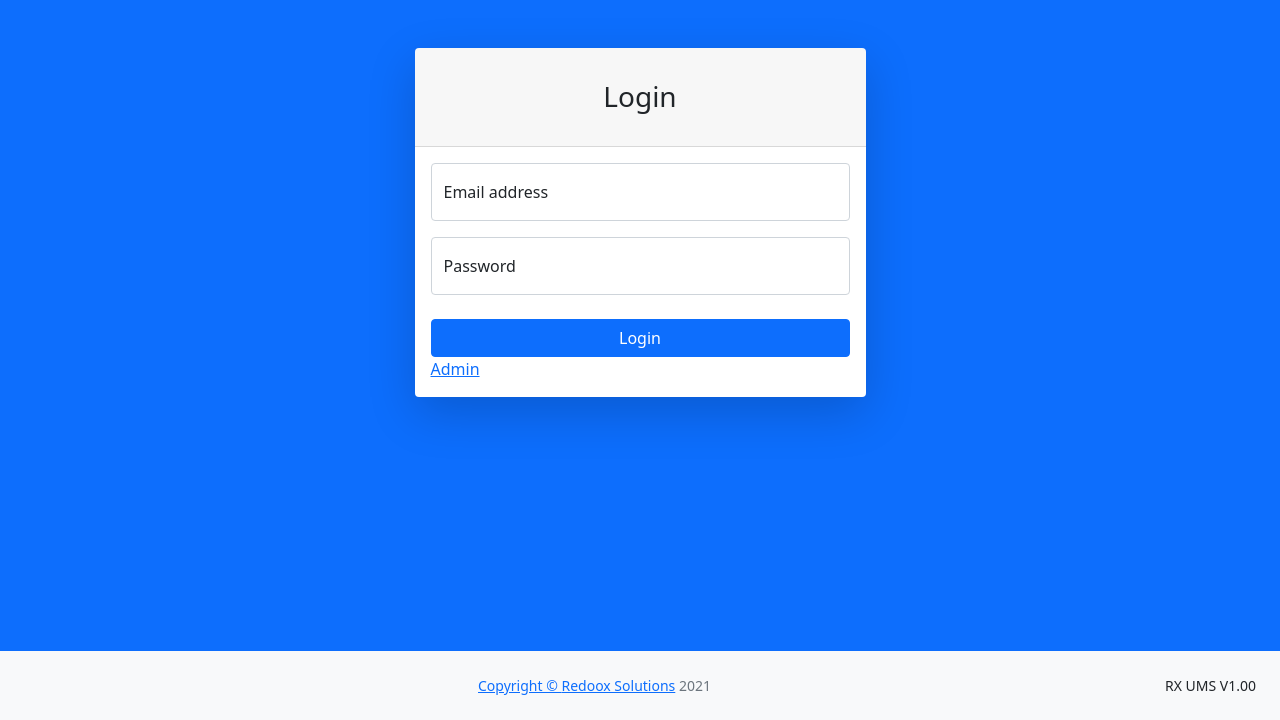
Repository: beroge/proactiveIT
Page: http://localhost/admin/login.php
An editor plug-in stored every save of this project. The page is shown before and after a run of saves, followed by the edit.
The browser window is 1280 px wide. The pictures show the whole page.
The page is run by PHP 8.4 with error messages shown; the project is at /var/www/html/.

Above is the page before, as saved 2023-05-07 14:53:41.

### admin/login.php
<?php
    session_start();
    ob_start();
 ?>
<!DOCTYPE html>
<html lang="en">
    <head>
        <meta charset="utf-8" />
        <meta http-equiv="X-UA-Compatible" content="IE=edge" />
        <meta name="viewport" content="width=device-width, initial-scale=1, shrink-to-fit=no" />
        <meta name="description" content="" />
        <meta name="author" content="" />
        <title>Login</title>
        <link href="css/styles.css" rel="stylesheet" />
        <script src="https://cdnjs.cloudflare.com/ajax/libs/font-awesome/5.15.3/js/all.min.js" crossorigin="anonymous"></script>
    </head>
    <body class="bg-primary">
        <div id="layoutAuthentication">
            <div id="layoutAuthentication_content">
                <main>
                    <div class="container">
                        <div class="row justify-content-center">
                            <div class="col-lg-5">
                                <div class="card shadow-lg border-0 rounded-lg mt-5">
                                    <div class="card-header">
                                        <h3 class="text-center font-weight-light my-4">Login</h3>
                                    </div>
                                        <?php
                                        if (isset($_SESSION['msg'])) {
                                            echo $_SESSION['msg'];
                                            unset($_SESSION['msg']);
                                        }
                                        ?>
                                    <div class="card-body">
                                        <form action="action/loginProcess.php" method="post">
                                            <div class="form-floating mb-3">
                                                <input class="form-control" name="username" type="text" placeholder="admin" autocomplete="off" />
                                                <label>Email address</label>
                                            </div>
                                            <div class="form-floating mb-3">
                                                <input class="form-control" name="password" type="password" placeholder="Password" autocomplete="off"/>
                                                <label >Password</label>
                                            </div>
                                            <div class="d-flex align-items-center justify-content-between mt-4 mb-0">
                                                <input type="submit" name="login" class="btn w-100 btn-primary" value="Login">
                                            </div>
                                            <a href="data/">Admin
                                        </form>
                                    </div>
                                </div>
                            </div>
                        </div>
                    </div>
                </main>
            </div>
            <div id="layoutAuthentication_footer">
                <footer class="py-4 bg-light mt-auto">
                    <div class="container-fluid px-4">
                        <div class="d-flex align-items-center justify-content-between small">
                            <div class="text-muted">Copyright &copy; <a href="https://www.redoox.com" target="_blank">Redoox Solutions</a> 2021</div>
                            <div>
                                RX UMS V1.00
                            </div>
                        </div>
                    </div>
                </footer>
            </div>
        </div>
        <script src="https://cdn.jsdelivr.net/npm/bootstrap@5.1.3/dist/js/bootstrap.bundle.min.js" crossorigin="anonymous"></script>
        <script src="js/scripts.js"></script>
    </body>
</html>

### admin/js/scripts.js

window.addEventListener('DOMContentLoaded', event => {

    // Toggle the side navigation
    const sidebarToggle = document.body.querySelector('#sidebarToggle');
    if (sidebarToggle) {
        // Uncomment Below to persist sidebar toggle between refreshes
        // if (localStorage.getItem('sb|sidebar-toggle') === 'true') {
        //     document.body.classList.toggle('sb-sidenav-toggled');
        // }
        sidebarToggle.addEventListener('click', event => {
            event.preventDefault();
            document.body.classList.toggle('sb-sidenav-toggled');
            localStorage.setItem('sb|sidebar-toggle', document.body.classList.contains('sb-sidenav-toggled'));
        });
    }

});

Loaded but not shown: admin/css/styles.css (library)

After the next 2 saves:
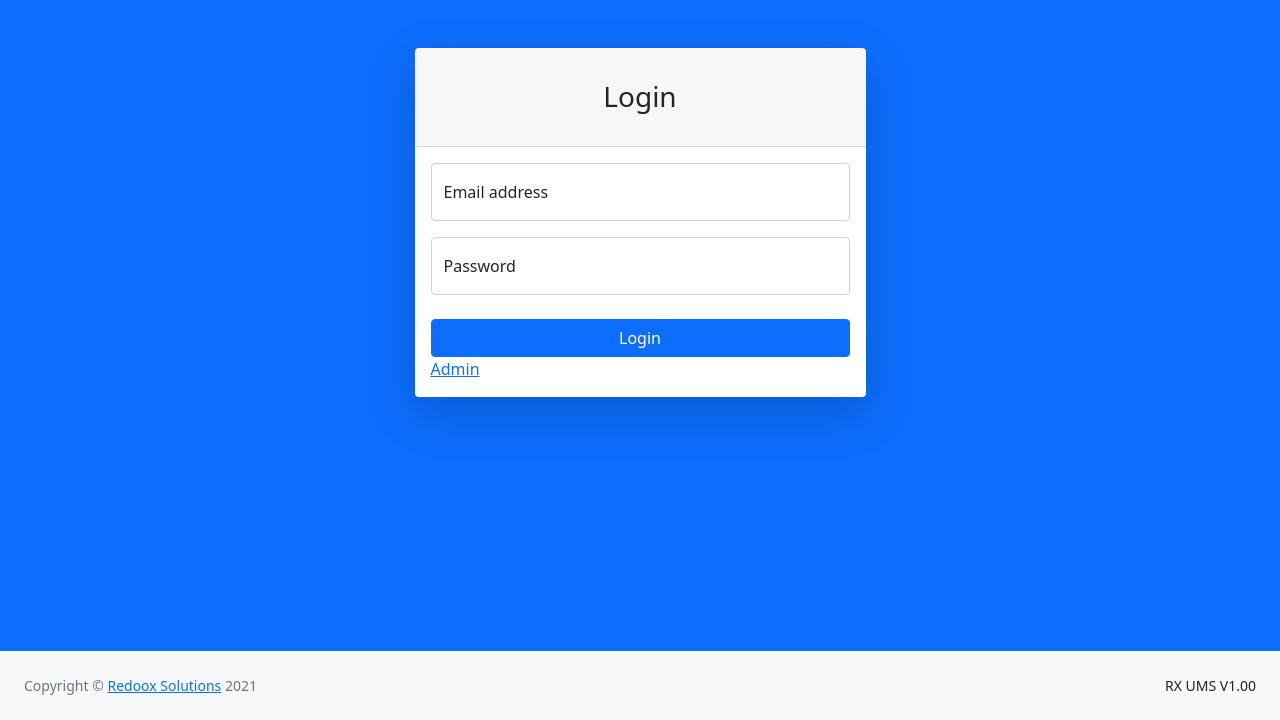
The 2 saves are shown as one change because they came seconds apart.
The last was saved 7 s later.
--- a/admin/login.php
+++ b/admin/login.php
@@ -44,7 +44,7 @@
                                             <div class="d-flex align-items-center justify-content-between mt-4 mb-0">
                                                 <input type="submit" name="login" class="btn w-100 btn-primary" value="Login">
                                             </div>
-                                            <a href="data/">Admin
+                                            <a href="data/">Admin</a>
                                         </form>
                                     </div>
                                 </div>
